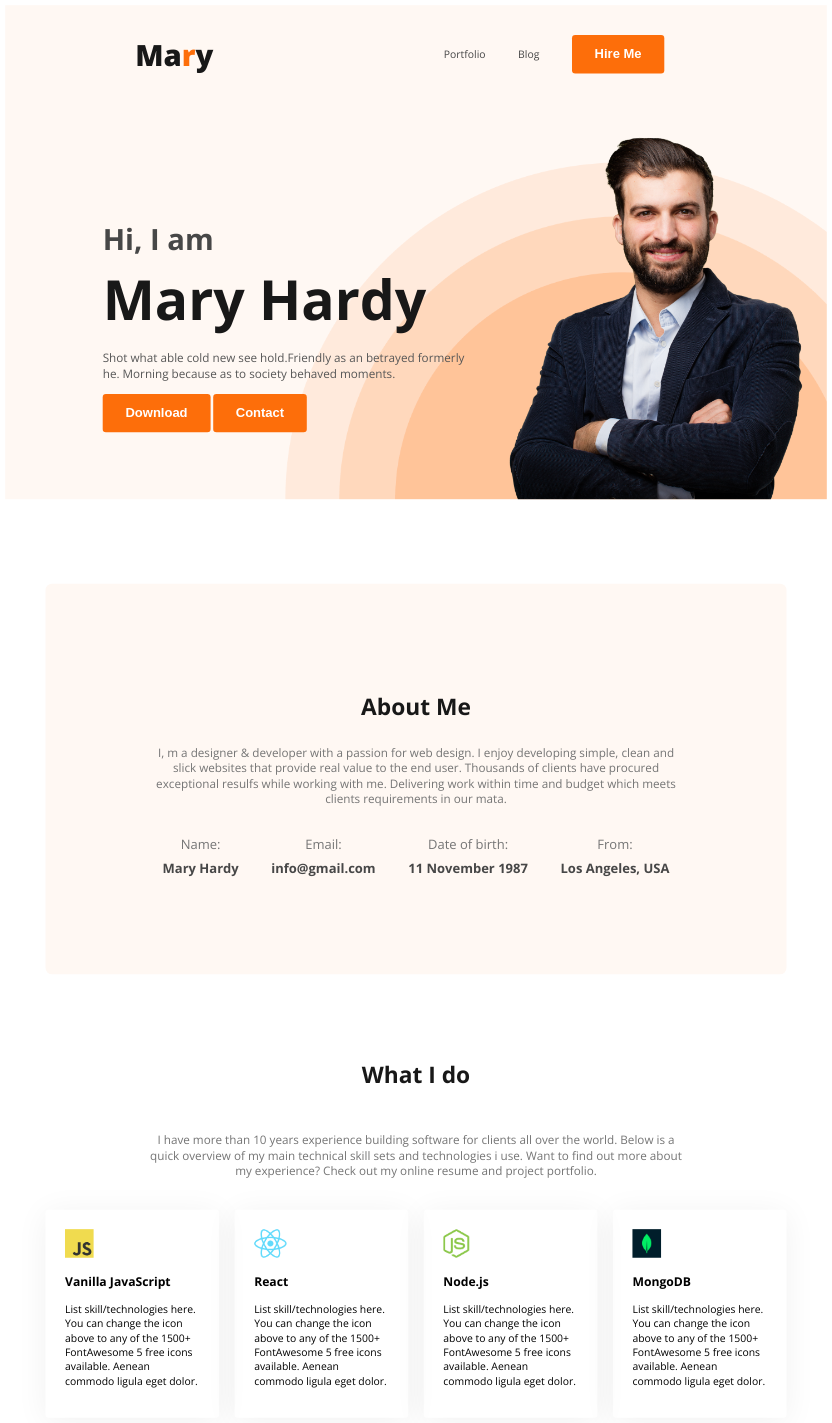
Repository: ShouravAhammed/Simple-Portfolio-Webpage
Page: index.html
The author's editor kept a copy of each file at every save. The page is drawn from the files as they stood at one save, then again after the next save.
The browser window is 1280 px wide. The pictures show the whole page, at 65% of full size.

Above is the page before, as saved 2024-01-06 02:13:14.

### index.html
<!DOCTYPE html>
<html lang="en">
<head>
    <meta charset="UTF-8">
    <meta name="viewport" content="width=device-width, initial-scale=1.0">
    <title>Mary</title>
    <link rel="stylesheet" href="index.css">
</head>
<body>
    <header class="header">
        <nav>
            <h3 class="nav-title">Ma<span class="text-primary">r</span>y</h3>
            <ul class="navber">
                <li><a href="">Portfolio</a></li>
                <li><a href="">Blog</a></li>
                <li><button class="btn-primary">Hire Me</button></li>
            </ul>
        </nav>
        <div class="banner">
            <div class="banner-content">
                <h3 class="banner-greeting">Hi, I  am</h3>
                <h1 class="banner-title">Mary Hardy</h1>
                <p class="banner-description">Shot what able cold new see hold.Friendly as an betrayed formerly he. Morning because as to society behaved moments.</p>
                <button class="btn-primary">Download</button>
                <button class="btn-primary">Contact</button>
            </div>
            <img class="profile-pic" src="images/hardy.png" alt="profile-pic">
        </div>
    </header>
    <main>
        <section class="about">
            <h3 class="section-title">About Me</h3>
            <p class="section-description">I, m a designer & developer with a passion for web design. I enjoy developing simple, clean and slick websites that provide real value to the end user. Thousands of clients have procured exceptional resulfs while working with me. Delivering work within time and budget which meets clients requirements in our mata.</p>
            <div class="about-info-container">
                <div class="about-info">
                    <h4 class="info-title">Name:</h4>
                    <p class="info-description">Mary Hardy</p>
                </div>
                <div class="about-info">
                    <h4 class="info-title">Email:</h4>
                    <p class="info-description">info@gmail.com</p>
                </div>
                <div class="about-info">
                    <h4 class="info-title">Date of birth:</h4>
                    <p class="info-description">11 November 1987</p>
                </div>
                <div class="about-info">
                    <h4 class="info-title">From:</h4>
                    <p class="info-description">Los Angeles, USA</p>
                </div>
            </div>
        </section>
        <!-- what i do section  -->
        <section>
            <h3 class="section-title">What I do</h3>
            <p id="what-i-do-description" class="section-description">I have more than 10 years experience building software for clients all over the world. Below is a quick overview of my main technical skill sets and technologies i use. Want to find out more about my experience? Check out my online resume and project portfolio.</p>
            <div class="skills-container">
                <div class="skills">
                    <img src="images/icons/js.png" alt="">
                    <h3 class="skills-title">Vanilla JavaScript</h3>
                    <p class="skills-description">List skill/technologies here. You can change the icon above to any of the 1500+ FontAwesome 5 free icons available. Aenean commodo ligula eget dolor.</p>
                </div>
                <div class="skills">
                    <img src="images/icons/react.png" alt="">
                    <h3 class="skills-title">React</h3>
                    <p class="skills-description">List skill/technologies here. You can change the icon above to any of the 1500+ FontAwesome 5 free icons available. Aenean commodo ligula eget dolor.</p>
                </div>
                <div class="skills">
                    <img src="images/icons/nodejs.png" alt="">
                    <h3 class="skills-title">Node.js</h3>
                    <p class="skills-description">List skill/technologies here. You can change the icon above to any of the 1500+ FontAwesome 5 free icons available. Aenean commodo ligula eget dolor.</p>
                </div>
                <div class="skills">
                    <img src="images/icons/mongo.png" alt="">
                    <h3 class="skills-title">MongoDB</h3>
                    <p class="skills-description">List skill/technologies here. You can change the icon above to any of the 1500+ FontAwesome 5 free icons available. Aenean commodo ligula eget dolor.</p>
                </div>
            </div>
        </section>

    </main>
    <footer>

    </footer>
</body>
</html>

### index.css
@import url('https://fonts.googleapis.com/css2?family=Lato:ital,wght@0,100;0,300;0,400;0,700;0,900;1,100;1,300;1,400;1,700;1,900&display=swap');
@import url('https://fonts.googleapis.com/css2?family=Open+Sans:ital,wght@0,300;0,400;0,500;0,600;0,700;0,800;1,300;1,400;1,500;1,600;1,700;1,800&display=swap');
/* google fonts import */
/* *{
    margin: 0;
    padding: 0;
    outline: 0;
} */
ul, ol{
    list-style: none;
}
body{
    font-family: 'Open Sans', sans-serif;
}
.text-primary{
    color: #FD6E0A;
}
.btn-primary{
    border-radius: 5px;
    color: #fff;
    background: #FD6E0A;
    font-size: 20px;
    font-weight: 700;
    padding: 18px 35px;
    border: 0;
}

/* nav related style */
nav{
    display: flex;
    justify-content: space-between;
    align-items: center;
    margin: 0 200px;
}
.nav-title{
    color: #181818;
    font-size: 45px;
    font-weight: 800;
}
nav > ul{
    display: flex;
    align-items: center;
}
nav li{
    margin-right: 50px;
}
nav a{
    text-decoration: none;
    color: #474747;
}
/* header related style */
.header{
    background: #FFF8F3;
    background-image: url(images/header_bg.png);
    background-position: bottom right;
    background-repeat: no-repeat;
}
.banner{
    display: flex;
    justify-content: space-between;
    padding: 30px 30px 0px 150px;
    align-items: center;
}
.banner-content{
    max-width: 580px;
}
.banner .profile-pic{
    width: 500px;
}
.banner-greeting{
    color: #474747;
    font-size: 45px;
    margin-bottom: 0;
}
.banner-title{
    color: #181818;
    font-size: 85px;
    font-weight: 700;
    margin-top: 5px;
    margin-bottom: 20px;
}
.banner-description{
    color: #575757;
    font-size: 18px;
    font-weight: 400;
    margin-bottom: 20px;
}
/* main part style */
main{
    max-width: 1140px;
    margin: 0 auto;
}
/* about part style */
.about{
    border-radius: 10px;
    background: #FFF8F3;
    margin: 130px 0px;
    padding: 130px 155px;
}
.section-title{
    color: #181818;
    text-align: center;
    font-size: 35px;
    font-weight: 700;
}
.section-description{
    color: #757575;
    text-align: center;
    font-size: 18px;
    font-weight: 400;
}
.about-info-container{
    display: flex;
    justify-content: space-around;
}
.about-info{
    text-align: center;
}
.info-title{
    color:  #757575;
    text-align: center;
    font-size: 20px;
    font-weight: 400;
    margin-bottom: 0px;
}
.info-description{
    color:#474747;
    font-size: 20px;
    font-weight: 700;
    margin-top: 10px;
}
#what-i-do-description{
    padding: 30px 150px;
}
/* what i do section style */
.skills-container{
    display: flex;
    justify-content: space-around;
    gap: 24px;
}
.skills{
    border-radius: 5px;
    box-shadow: 0px 6px 50px 0px rgba(0, 0, 0, 0.06);
    padding: 30px
}

After the next save:
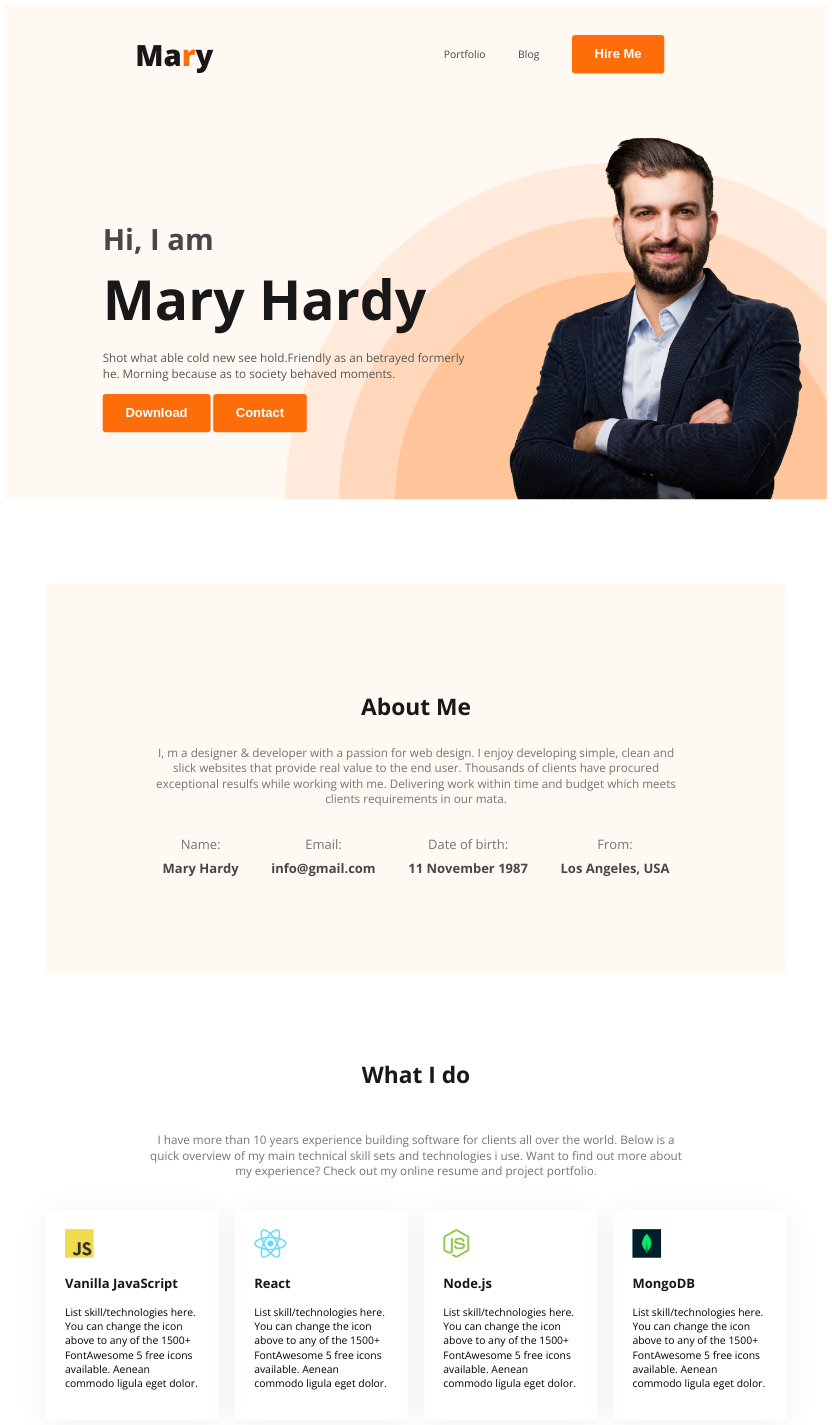
Saved 78 s later.
--- a/index.css
+++ b/index.css
@@ -143,3 +143,8 @@ main{
     box-shadow: 0px 6px 50px 0px rgba(0, 0, 0, 0.06);
     padding: 30px
 }
+.skills-title{
+    color: #181818;
+    font-size: 20px;
+    font-weight: 700;
+}
